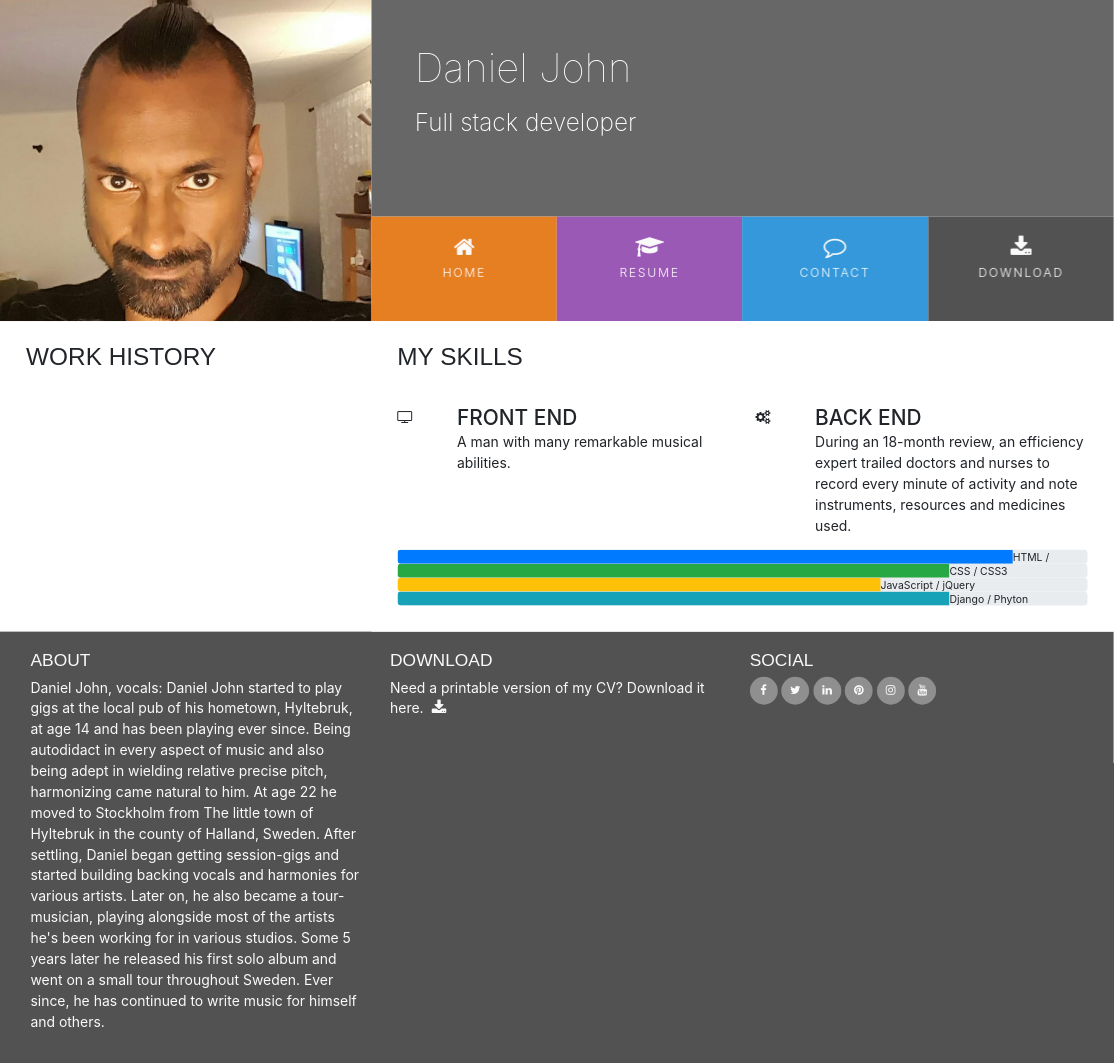
Repository: Jadehammar/initial-commit
Page: resume.html
The author's editor kept a record of every edit. The page is drawn from the files as they stood at one moment, then again after the next edit.
The browser window is 1280 px wide. The pictures show the whole page, at 87% of full size.

Above is the page before.

After the next edit:
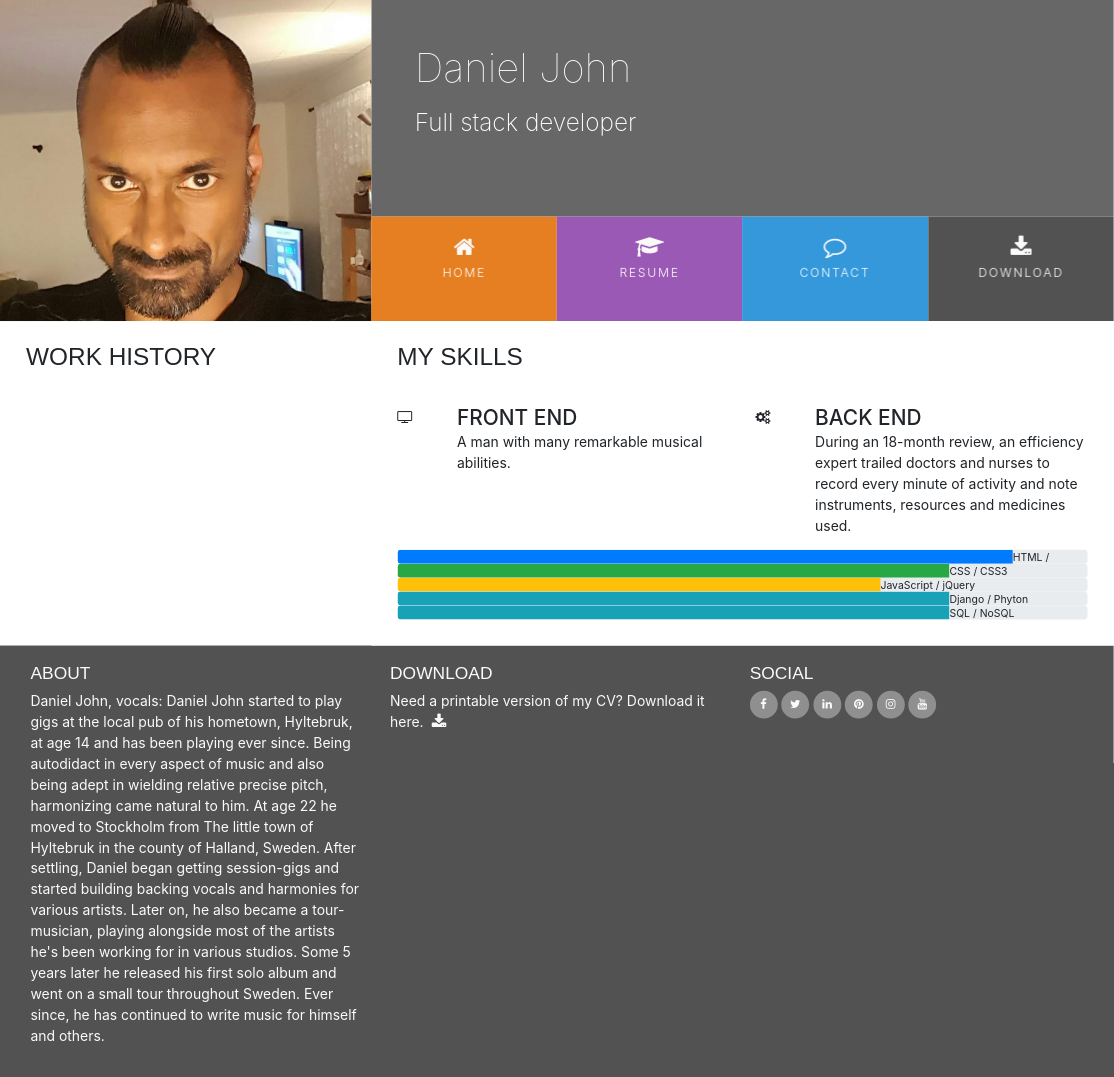
The edit:
--- a/resume.html
+++ b/resume.html
@@ -115,6 +115,12 @@
                             </div>
                             <span class="progress-type">Django / Phyton</span>
                         </div>
+                         <div class="progress">
+                            <div class="progress-bar bg-info" role="progressbar" aria-valuenow="80" aria-valuemin="0" aria-valuemax="100" style="width:80%;">
+                                <span class="sr-only">80% complete</span>
+                            </div>
+                            <span class="progress-type">SQL / NoSQL</span>
+                        </div>
                     </div>
                 </div>
     </section>
